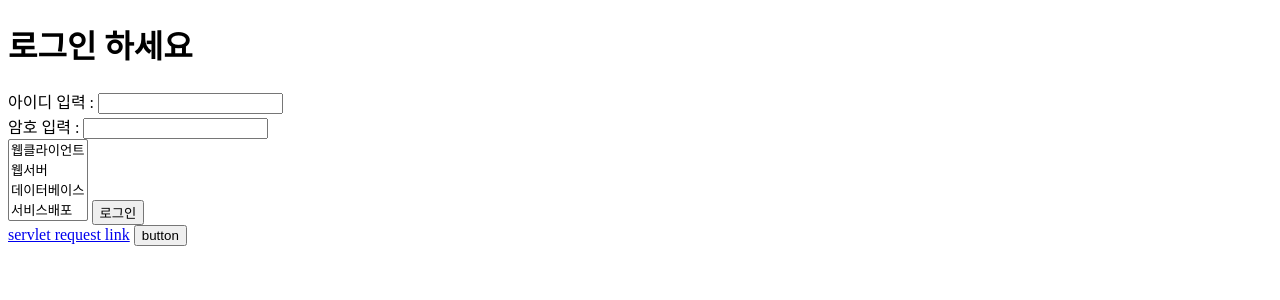
Repository: zwundzwzig/STARTERS
Page: workspace_webserver/servelettest/src/main/webapp/login_db.html
The author's editor kept a copy of each file at every save. The page is drawn from the files as they stood at one save, then again after the next save.
The browser window is 1280 px wide. The pictures show the whole page.

Above is the page before, as saved 2023-01-04 06:09:48.

After the next save:
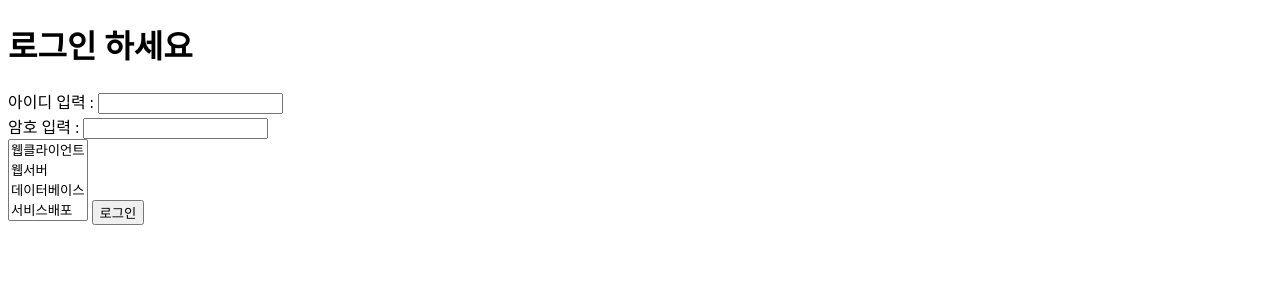
Saved 14 s later.
--- a/workspace_webserver/servelettest/src/main/webapp/login_db.html
+++ b/workspace_webserver/servelettest/src/main/webapp/login_db.html
@@ -19,12 +19,5 @@
 			</select>
 			<input type="submit" value="로그인" />
 		</form>
-		<a href="/servelettest/loginprocess?id=a&pw=1&title=spring">servlet request link</a>
-		<button id="btn">button</button>
-			<script type="text/javascript">
-				document.getElementById("btn").onclick = function() {
-					location.href="/servelettest/loginprocess?id=javascript&pw=1&title=spring"
-				}
-			</script>
 	</body>
 </html>
